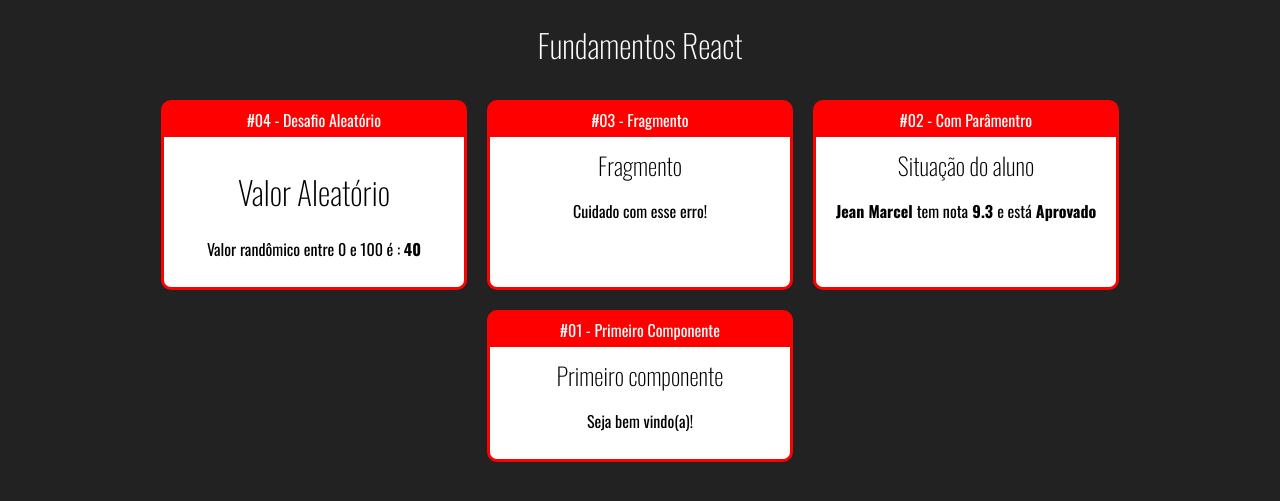
Repository: jean-siqueira/fundamentos-react
Page: /
An editor plug-in stored every save of this project. The page is shown before and after the next save, followed by the edit.
The browser window is 1280 px wide. The pictures show the whole page.
The project was rebuilt for these pictures with package versions that can differ from the ones it lists, and the page was loaded fresh each time.

Above is the page before, as saved 2023-03-04 12:24:57.

After the next save:
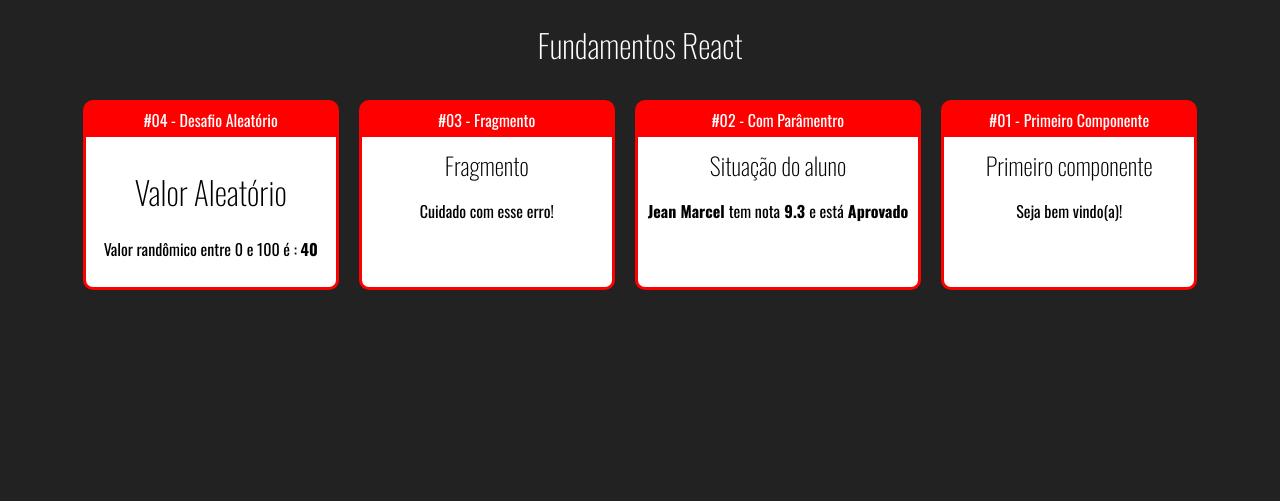
Saved 97 s later.
--- a/src/components/layout/Card.css
+++ b/src/components/layout/Card.css
@@ -7,7 +7,7 @@
 
     display: flex;
     flex-direction: column;
-    min-width: 300px;
+    min-width: 250px;
     max-width: 300px;
 }
 
